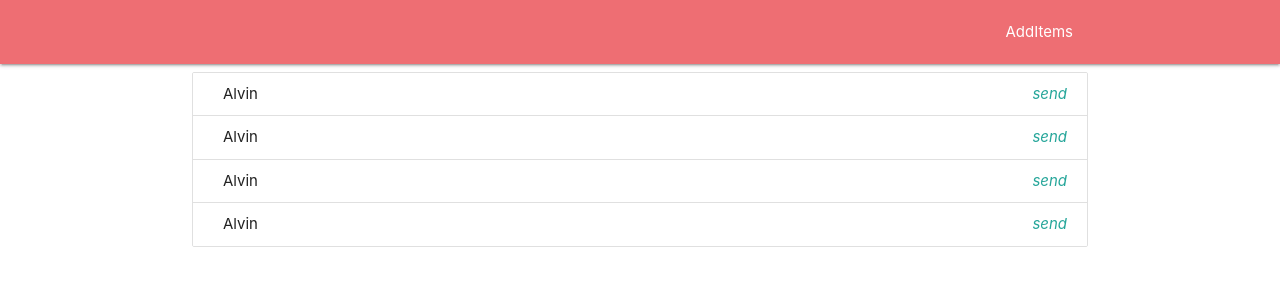
Repository: umarrg/crud-app-ejs-and-nodejs
Page: public/error.html
The author's editor kept a copy of each file at every save. The page is drawn from the files as they stood at one save, then again after the next save.
The browser window is 1280 px wide. The pictures show the whole page.

Above is the page before, as saved 2020-12-29 11:59:17.

After the next save:
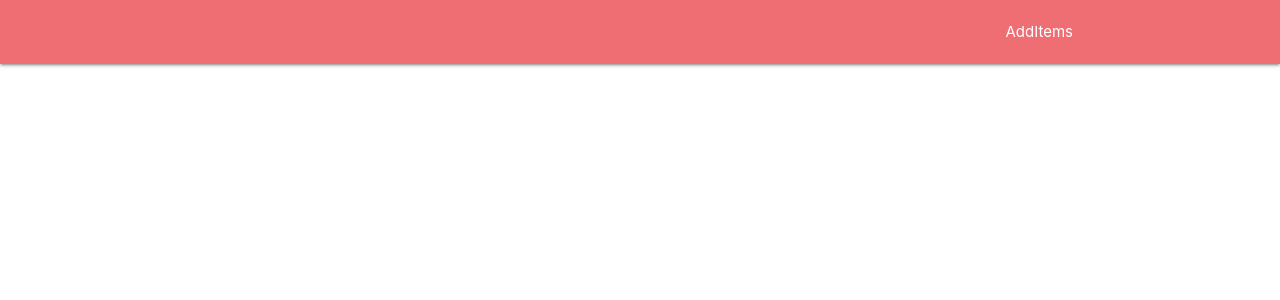
Saved 8 s later.
--- a/public/error.html
+++ b/public/error.html
@@ -18,13 +18,7 @@
         </div>
       </nav>
       <div class="container">
-        <ul class="collection with-header">
 
-          <li class="collection-item"><div>Alvin<a href="#!" class="secondary-content"><i class="material-icons">send</i></a></div></li>
-          <li class="collection-item"><div>Alvin<a href="#!" class="secondary-content"><i class="material-icons">send</i></a></div></li>
-          <li class="collection-item"><div>Alvin<a href="#!" class="secondary-content"><i class="material-icons">send</i></a></div></li>
-          <li class="collection-item"><div>Alvin<a href="#!" class="secondary-content"><i class="material-icons">send</i></a></div></li>
-        </ul>
       </div>
 
 </body>
